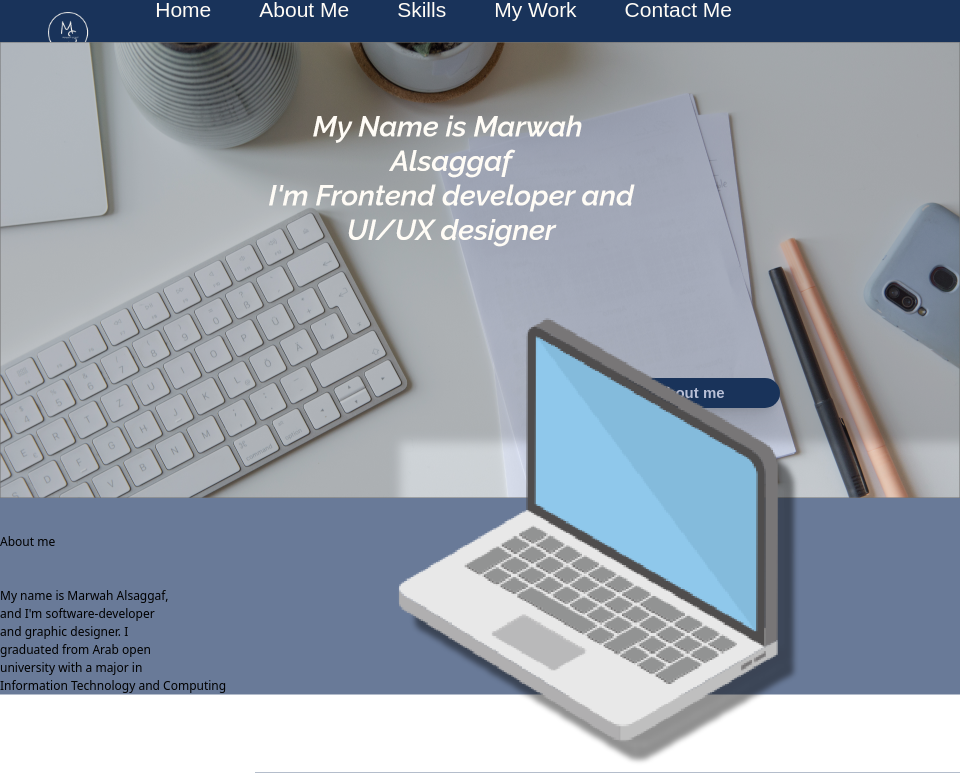
Repository: MEROO1010/my_portfolio
Page: /
An editor plug-in stored every save of this project. The page is shown before and after a run of saves, followed by the edit.
The browser window is 1280 px wide. The pictures show the whole page, at 75% of full size.
The project was rebuilt for these pictures with package versions that can differ from the ones it lists, and the page was loaded fresh each time. The framework's server and built-in components were replaced by stand-ins that run in the browser. Also part of the build but not shown: next.config.js.

Above is the page before, as saved 2023-03-10 02:13:06.

After the next 2 saves:
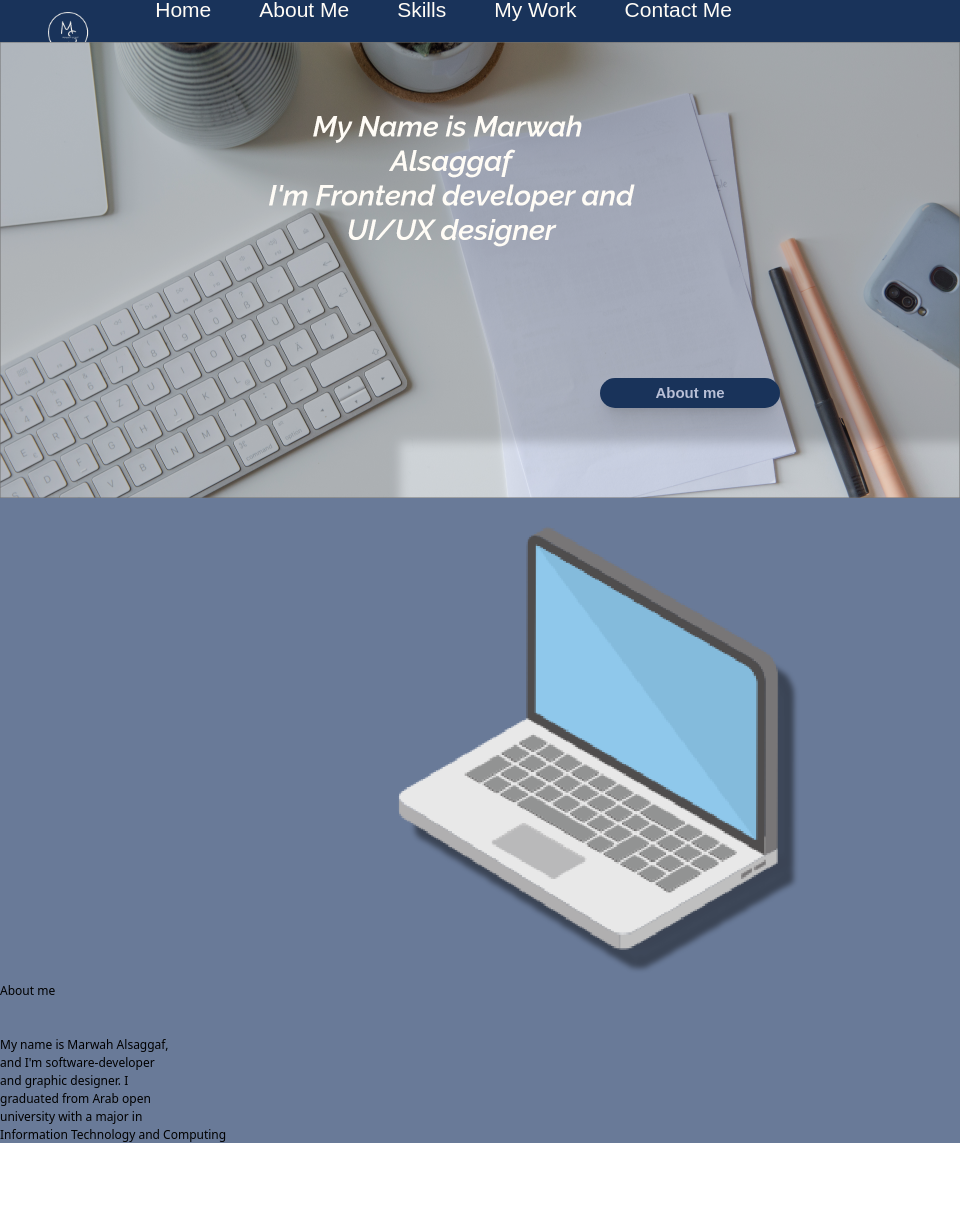
The 2 saves are shown as one change because they came seconds apart.
The last was saved 9 s later.
--- a/pages/components/AboutMe.tsx
+++ b/pages/components/AboutMe.tsx
@@ -6,7 +6,7 @@ const AboutMe = () => {
   return (
     <div className="bg-[#697A98]  ">
 
-        <div className=" relative px-44 mx-40 left-40 top-80">
+        <div className=" relative px-44 py-80 mx-40 left-40 top-80">
         <Image src="/assets/images/laptop-screen.png" alt="laptop" width={4000} height={10}/>
         </div>
 
